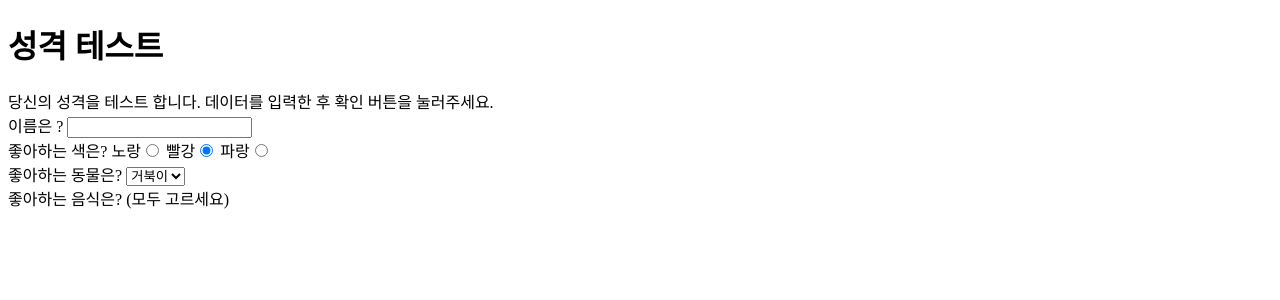
Repository: chanhooop/JSP
Page: http://localhost/Servlets/CharacterTest_01.jsp
The author's editor kept a copy of each file at every save. The page is drawn from the files as they stood at one save, then again after the next save.
The browser window is 1280 px wide. The pictures show the whole page.
The page is served by Tomcat 9.

Above is the page before, as saved 2021-05-07 08:38:54.

After the next save:
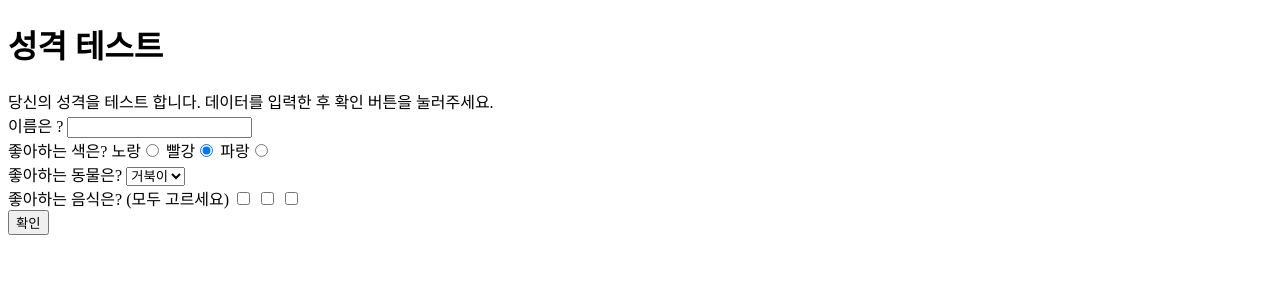
Saved 2 min 15 s later.
--- a/Servlets/src/main/webapp/CharacterTest_01.jsp
+++ b/Servlets/src/main/webapp/CharacterTest_01.jsp
@@ -21,7 +21,11 @@
 
 	</select><br>
 	좋아하는 음식은? (모두 고르세요)
+	<input type="checkbox" name="A" value="짜장">
+	<input type="checkbox" name="B" value="짬뽕">
+	<input type="checkbox" name="C" value="탕수육"> <br>
 
+	<input type="submit" value="확인">
 	</form>
 </body>
 </html>
